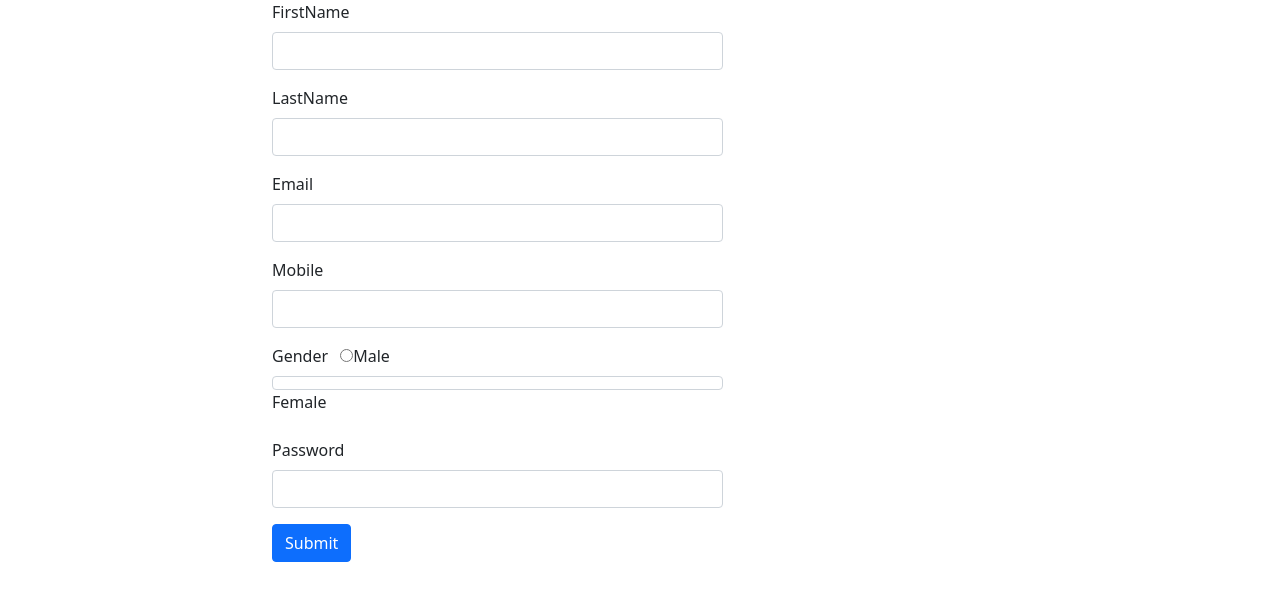
Repository: 2001Yogi/JavaWebAssignment
Page: http://localhost/StudentInformation/
These files come from the project's save history. The page is drawn as it stood at one moment and after the next save; the edit follows.
The browser window is 1280 px wide. The pictures show the whole page.
The page is served by Tomcat 9. Other server files are loaded and not shown.

Above is the page before, as saved 2024-09-17 13:07:45.

### StudentInformation/src/main/webapp/index.jsp
<%@ page language="java" contentType="text/html; charset=ISO-8859-1"
	pageEncoding="ISO-8859-1"%>
<!DOCTYPE html>
<html>
<head>
<meta charset="ISO-8859-1">
<link
	href="https://cdn.jsdelivr.net/npm/bootstrap@5.0.2/dist/css/bootstrap.min.css"
	rel="stylesheet"
	integrity="sha384-EVSTQN3/azprG1Anm3QDgpJLIm9Nao0Yz1ztcQTwFspd3yD65VohhpuuCOmLASjC"
	crossorigin="anonymous">
<script
	src="https://cdn.jsdelivr.net/npm/bootstrap@5.0.2/dist/js/bootstrap.bundle.min.js"
	integrity="sha384-MrcW6ZMFYlzcLA8Nl+NtUVF0sA7MsXsP1UyJoMp4YLEuNSfAP+JcXn/tWtIaxVXM"
	crossorigin="anonymous"></script>
<script
	src="https://cdn.jsdelivr.net/npm/@popperjs/core@2.9.2/dist/umd/popper.min.js"
	integrity="sha384-IQsoLXl5PILFhosVNubq5LC7Qb9DXgDA9i+tQ8Zj3iwWAwPtgFTxbJ8NT4GN1R8p"
	crossorigin="anonymous"></script>
<script
	src="https://cdn.jsdelivr.net/npm/bootstrap@5.0.2/dist/js/bootstrap.min.js"
	integrity="sha384-cVKIPhGWiC2Al4u+LWgxfKTRIcfu0JTxR+EQDz/bgldoEyl4H0zUF0QKbrJ0EcQF"
	crossorigin="anonymous"></script>
<title>Student Form</title>
</head>
<body>
	<form>
		<div class="container">
			<div class="row">
				<div class="col-2"></div>
				<div class="col-5">
					<div class="mb-3">
						<label class="form-label">FirstName</label>
							<input type="text" class="form-control" name="fname">
					</div>
					<div class="mb-3">
						<label  class="form-label">LastName</label>
							<input type="text" class="form-control" name="lname">
					</div>
					<div class="mb-3">
						<label  class="form-label">Email</label>
							<input type="email" class="form-control" name="email">
					</div>
					<div class="mb-3">
						<label class="form-label">Mobile</label>
							<input type="number" class="form-control" name="mobile">
					</div>
					<div class="mb-3">
						<label class="me-2">Gender</label>
							<input type="radio"  name="gender"><label class="form-label">Male</label>
							<input type="radio" class="form-control" name="gender"><label class="me-2 form-label">Female</label>
					</div>
					<div class="mb-3">
						<label class="form-label">Password</label>
							<input type="password" class="form-control" name="pass">
					</div>

					<button type="submit" class="btn btn-primary" name="register">Submit</button>
				</div>
			</div>
		</div>
	</form>
</body>
</html>

After the next save:
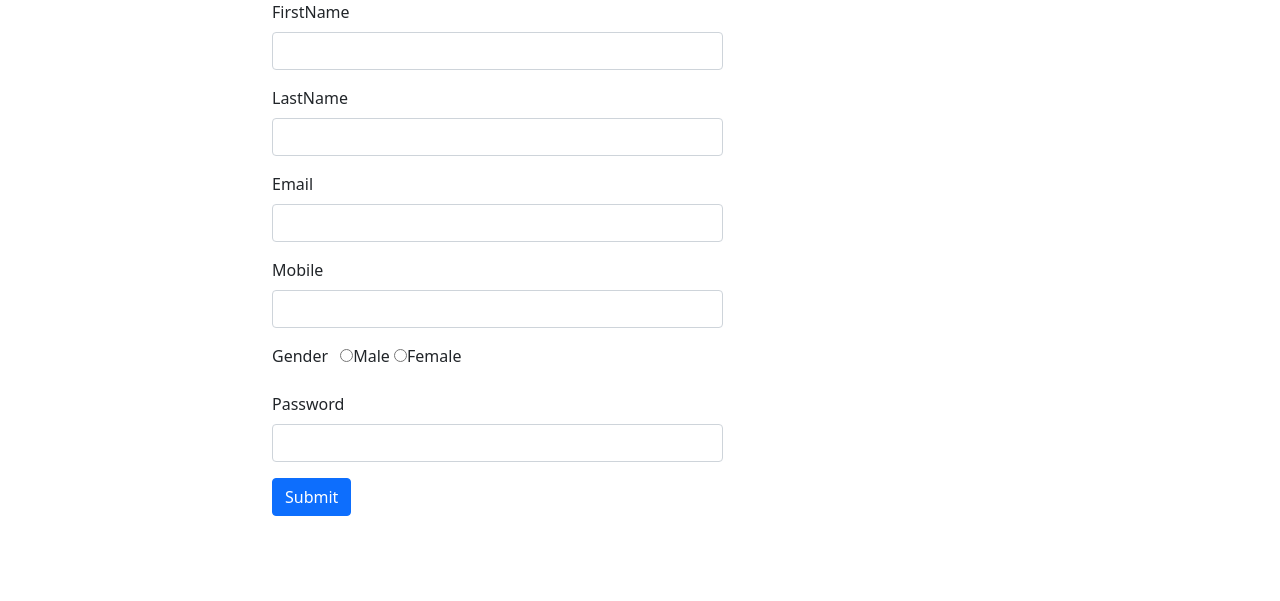
Saved 7 s later.
--- a/StudentInformation/src/main/webapp/index.jsp
+++ b/StudentInformation/src/main/webapp/index.jsp
@@ -48,7 +48,7 @@
 					<div class="mb-3">
 						<label class="me-2">Gender</label>
 							<input type="radio"  name="gender"><label class="form-label">Male</label>
-							<input type="radio" class="form-control" name="gender"><label class="me-2 form-label">Female</label>
+							<input type="radio" name="gender"><label class="me-2 form-label">Female</label>
 					</div>
 					<div class="mb-3">
 						<label class="form-label">Password</label>
